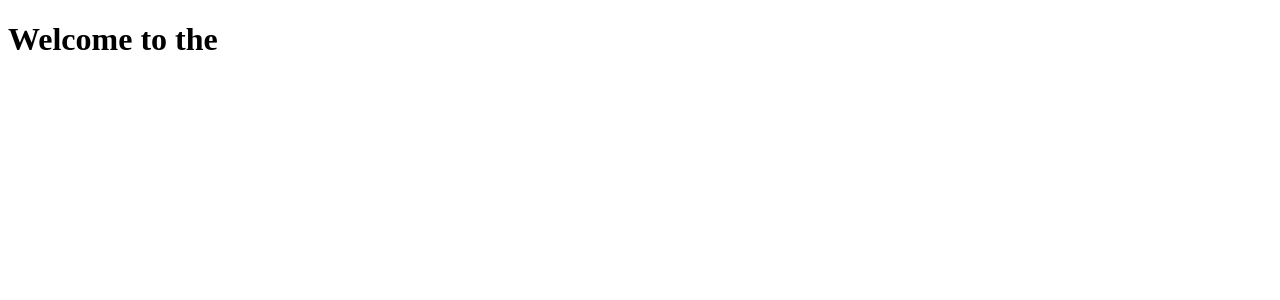
Repository: OnwardForward/french.poem.generator
Page: index.html
These files come from the project's save history. The page is drawn as it stood at one moment and after a run of saves; the edit follows.
The browser window is 1280 px wide. The pictures show the whole page.

Above is the page before, as saved 2024-09-23 21:19:43.

### index.html
<!DOCTYPE html>
<html lang="en">
<head>
    <meta charset="UTF-8">
    <meta name="viewport" content="width=device-width, initial-scale=1.0">
    <title>French Poems Generator</title>
</head>
<body>
    <h1>Welcome to the </h1>
</body>
</html>

After the next 3 saves:
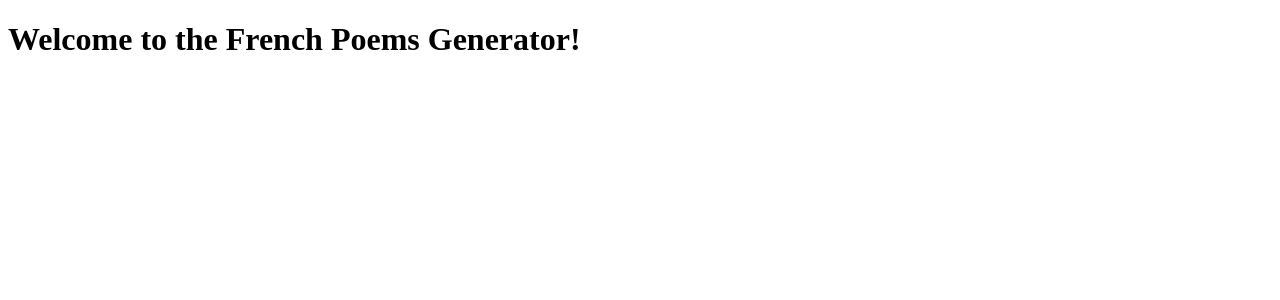
The 3 saves are shown as one change because they came seconds apart.
The last was saved 11 s later.
--- a/index.html
+++ b/index.html
@@ -6,6 +6,6 @@
     <title>French Poems Generator</title>
 </head>
 <body>
-    <h1>Welcome to the </h1>
+    <h1>Welcome to the French Poems Generator!</h1>
 </body>
 </html>
